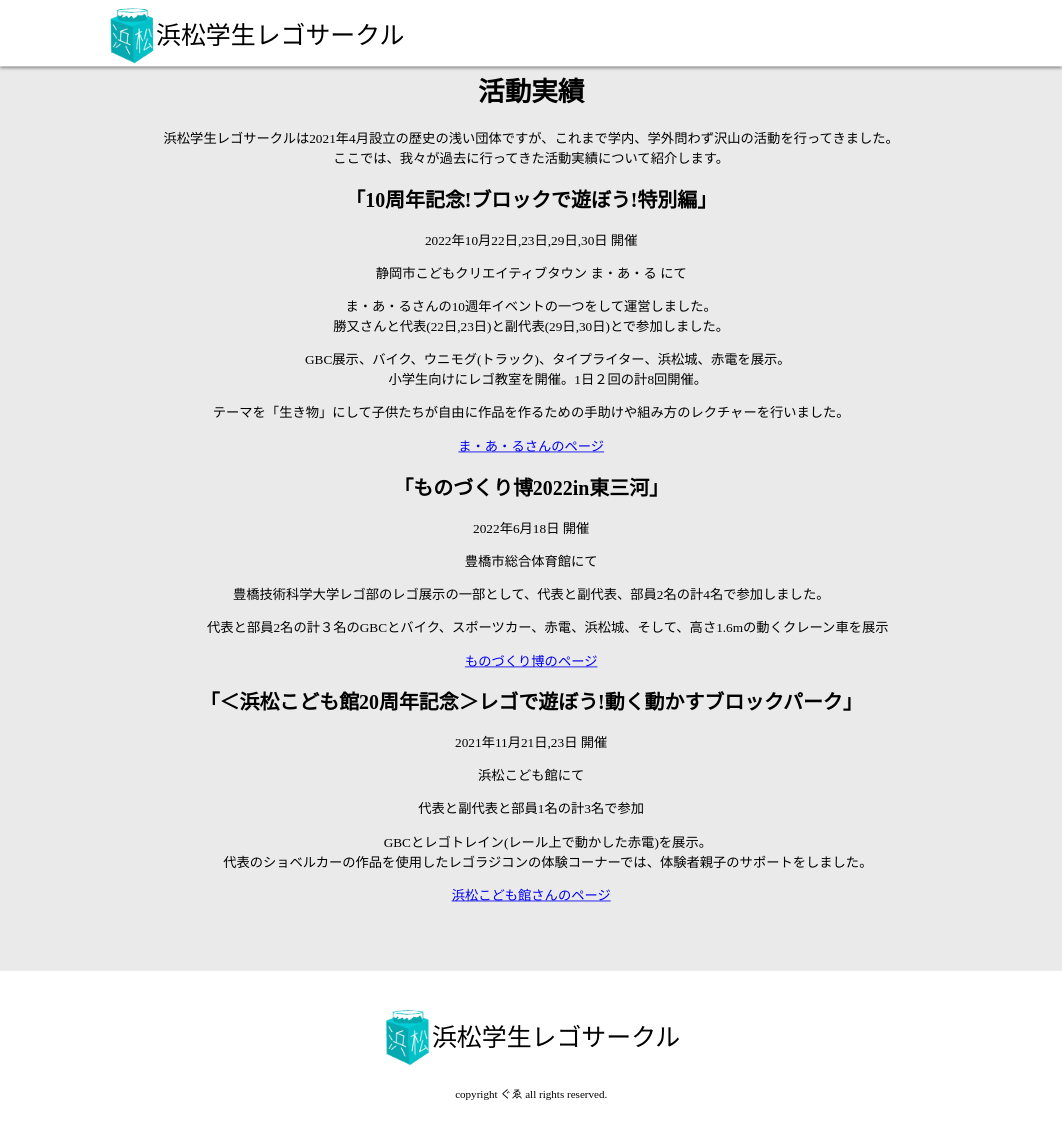
Repository: ghevp/LEGO-club
Page: http://localhost/?page=achievement
The author's editor kept a copy of each file at every save. The page is drawn from the files as they stood at one save, then again after the next save.
The browser window is 1280 px wide. The pictures show the whole page, at 83% of full size.
Some web fonts or font styles are not loaded; a fallback is used. The page is run by PHP 8.4 with error messages shown; the project is at /var/www/html/.

Above is the page before, as saved 2022-11-11 17:39:14.

### index.php
<!DOCTYPE html>
<html lang="ja">
<?php
    if(isset($_GET['page'])){
     $page=$_GET['page'];
    };
     if(isset($page)){


     }else{
                   $page="home";
     };
     $title = array('home' => "ホーム",
     'about_us' => "弊サークルについて",

     'enword'=>"英語",
    'policy' => "ポリシー",
    'achievement' => "活動実績"
    );

     $c=0;
     $x=0;
     $y=0;
     $t=0;
?>
<head>
    <script async src="https://pagead2.googlesyndication.com/pagead/js/adsbygoogle.js?client=ca-pub-6911517647778874"
     crossorigin="anonymous"></script>
        <meta charset="UTF-8">
       <!-- Global site tag (gtag.js) - Google Analytics -->

</script>
        <meta name="author" content="ぐゑ">
        <meta name="twitter:card" content="summary_large_image">
        <meta name="twitter:site" content="@ghevp">
        <meta property="og:url" content="https://shizudailego.com">
        <meta property="og:title" content="浜松学生レゴサークル">
        <meta name="og:description" content="浜松を中心に活動している学生主体のレゴサークルです！！">
        <link rel="preconnect" href="https://fonts.googleapis.com">
        <link rel="preconnect" href="https://fonts.gstatic.com" crossorigin>
        <link href="https://fonts.googleapis.com/css2?family=Noto+Serif+JP:wght@500&family=Shippori+Mincho+B1:wght@800&family=Yuji+Syuku&display=swap" rel="stylesheet">
        <link rel="icon" href="img/logo.png" type="image/x-icon">
        <meta name="viewport" content="width=device-width,initial-scale=1.0,minimum-scale=1.0">
        <link rel="preconnect" href="https://fonts.googleapis.com">
        <link rel="preconnect" href="https://fonts.gstatic.com" crossorigin>
        <link href="https://fonts.googleapis.com/css2?family=M+PLUS+Rounded+1c&display=swap" rel="stylesheet">
        <meta name="viewport" content="width=device-width,initial-scale=1.0,minimum-scale=1.0">
        <link rel="preconnect" href="https://fonts.googleapis.com">
<link rel="preconnect" href="https://fonts.gstatic.com" crossorigin>
<link href="https://fonts.googleapis.com/css2?family=Kosugi&display=swap" rel="stylesheet">
        <link rel="stylesheet" href="css/style.css"><!--後でphpのif文の作成-->
        <title>
        <?php
      if (isset($title) == "") {
        echo "浜松学生レゴサークル";
    } else {
        echo "" . $title[$page] . " - 浜松学生レゴサークル";
    }
   ?>
        </title>

    <body style="margin: 0;">
        <?php


            include('page/'.$page.".php");




    ?>
     <header class="header">
        <div class="header_inner">
        <img src="img/logo.png">
            <a href="?page=home">浜松学生レゴサークル</a>
        </div>
     </header>
     <footer class="footer">
        <div class="footer_inner">
        <img src="img/logo.png">
        <a href="?page=home">浜松学生レゴサークル</a>
        </div>
        <div class="copyright">
    <p><small>copyright <a href="https://ghevp.com">ぐゑ</a> all rights reserved.</small></p>
        </div>
    </footer>
    </body>

### page/achievement.php
<main class="main">
    <div class="achievement">
    <h1>活動実績</h1>
    <p>浜松学生レゴサークルは2021年4月設立の歴史の浅い団体ですが、これまで学内、学外問わず沢山の活動を行ってきました。<br>
    ここでは、我々が過去に行ってきた活動実績について紹介します。</p>
    <div class="one_of_achievement">
    <h2>「10周年記念!ブロックで遊ぼう!特別編」</h2>
    <p class="date">2022年10月22日,23日,29日,30日 開催</p>
    <p>静岡市こどもクリエイティブタウン ま・あ・る にて</p>
    <p>ま・あ・るさんの10週年イベントの一つをして運営しました。<br>
    勝又さんと代表(22日,23日)と副代表(29日,30日)とで参加しました。<br>
    <ul>
    <li>GBC展示、バイク、ウニモグ(トラック)、タイプライター、浜松城、赤電を展示。</li>
    <li>小学生向けにレゴ教室を開催。1日２回の計8回開催。</li>
    </ul>
    テーマを「生き物」にして子供たちが自由に作品を作るための手助けや組み方のレクチャーを行いました。
    </p>
    <a href="https://maaru-ct.jp/report/155443/?s=06">ま・あ・るさんのページ</a>
    </div>
    <div class="one_of_achievement">
    <h2>「ものづくり博2022in東三河」</h2>
    <p class="date">2022年6月18日 開催</p>
    <p>豊橋市総合体育館にて</p>
    <p>豊橋技術科学大学レゴ部のレゴ展示の一部として、代表と副代表、部員2名の計4名で参加しました。<br>
    <ul>
    <li>代表と部員2名の計３名のGBCとバイク、スポーツカー、赤電、浜松城、そして、高さ1.6mの動くクレーン車を展示</li>

    </ul>

    <a href="https://www.honokuni.or.jp/toyohashi/event-info/?Mode=detail&code=554">ものづくり博のページ</a>
    </p>

    </div>
    <div class="one_of_achievement">
    <h2>「＜浜松こども館20周年記念＞レゴで遊ぼう!動く動かすブロックパーク」</h2>
    <p class="date">2021年11月21日,23日 開催</p>
    <p>浜松こども館にて</p>
    <p>代表と副代表と部員1名の計3名で参加<br>
    <ul>
    <li>GBCとレゴトレイン(レール上で動かした赤電)を展示。</li>
    <li>代表のショベルカーの作品を使用したレゴラジコンの体験コーナーでは、体験者親子のサポートをしました。</li>
    </ul>

    <a href="https://kodomokan.entetsuassist-dms.com/event/detail/855?s=06">浜松こども館さんのページ</a>
    </p>

    </div>
    </div>
</main>

### css/style.css
.container {
    padding: 0 2rem;
  }
  .header{
    position: fixed;
    top:0;
    left: 0;
    right: 0;
    height: 80px;
    background-color: white;
    z-index: 10;
    box-shadow: 0 2px 4px gray;
  }
  .policy{
    position: absolute;
    flex:3;
  }

  .policy h1{
    font-family: 'Yuji Syuku', serif;
    font-size: 100px;
    color: rgb(255, 255, 255);
    text-shadow: 1px 1px 10px black;
    padding-bottom: 200px;
  }
  @media (min-width: 1500px) {
  .policy h1 {
      font-size: 150px;
    }
  }
  @media (max-width: 900px) {
    .policy h1 {
        font-size: 50px;
      }
    }
 .achievement p{
  text-align: center;
 }
 .achievement{
  text-align: center;
 }
 .achievement h1{
  text-align: center;
 }
 .achievement li{
  list-style: none;
 }
  .header_inner{
    padding-left: 10%;
    padding-right: 10%;
    height: 100%;
    position: relative;
    display: flex;

    align-items: center;

  }
@media (max-width:700px) {
  .header_inner{

  }
}
  .header img{
    width:60px;
  }

  .header_inner a{
    text-decoration: none;
    color:inherit;
    font-size: 30px;
    font-family: 'Shippori Mincho B1', serif;
  }

  .main h2{
    text-align: center;
  }

  .header_logo img{
    width: 80px;
    display: block;
  }
  .header_site_menu{

    position: absolute;
    top: 100%;
    right: 0;
    left: 80%;
    color: whitesmoke;
    padding-top: 50px;
    background-color: #0070f3;
    padding-bottom: 100%;
    display: none;

  }
  .site_menu{
    align-items: center;

  }
  .site_menu ul{
    list-style: none;
    font-size: 20px;


  }
  .site_menu li{
    margin-top: 20px;
  }
  .site_menu a{

    color:inherit;
    text-decoration: none;
  }
  .button{
    display: block;
    width: 64px;
    height: 54px;
    background-image: url(https://github.com/ghevp/my-portfolio/blob/main/img/hbm.png?raw=true);
    background-size: 90%;
    background-position: center;
    background-repeat: no-repeat;
    background-color: transparent;
    border-radius:0;
    outline: none;
    border: none;
  }
  .header_site_menu.is-show{
    display: block;
  }
  .tell{
    position:inherit;
    width: 70%;
    max-width: 1000px;
  }
  .tell_include{
    display: flex;
    justify-content: space-between;

    align-items: center;

  }
  .tell_include img{
    width: 100%;
    display: block;
    border-radius: 20px;
    border:5px solid black;

  }

  .tell_include a{
    margin-left: 5%;
    margin-right: 5%;
  }
  .introduce{

  display: block;
   align-items: center;

  }
  .introduce p{
    text-align: center;
  }
  .intro1{

    text-align: center;

  }
  .introduce ul{
    list-style: none;
    display: flex;
    justify-content: space-between;

  }
  .chose{

  }
  .rinks ul{
    list-style: none;
    display: flex;
    justify-content: space-between;

  }
  .rinks a{
    text-align: center;
    font-size: 20px;
    width: 180px;
    height: 40px;
    color: #fafafa;
    border-radius: 15px;
    background-color:black
  }
  .introduce ul li{
    width: 30%;
    margin-left: 6%;
    margin-right: 6%;

  }
  .introduce_before{
    position:static;
    width: 65%;


  }
  .shizudai {
    font-size: 24px;

  }
  .introduce_before h1{
    text-align: center;
  }
  .details{
    text-align: center;

  }
  .details p{
    font-size: 18px;
  }
  .pin-main{
    flex: 2;
    position: relative;
  }
  .pic-main img{
    width: 100%;

  }
  .body{
    display: block;
    margin: 0;
  }
  .slider {
    width: 100%;

  　　overflow: hidden;
  　　margin: 0 auto;
   flex:2;

  }
  .slider-item {
    width: 100%;
    float: left;
  }
  img{
    width:100%;
  }
  .slider-inner {
    width: 300%;
    animation: slider 15s infinite ease;
    display: flex;
  }

  @keyframes slider {
    0% {
    transform: translateX(0);
    }
    15% {
    transform: translateX(-33.3%);
    }
    33% {
      transform: translateX(-33.3%);
      }
    48% {
    transform: translateX(-66.6%);
    }
    66% {
      transform: translateX(-66.6%);
      }
    81% {
      transform: translateX(0);
      }
    100% {
    transform: translateX(0);
    }
  }
  .main {
    min-height: 70vh;
    padding: 4rem 0;
    flex: 1;
    display: flex;
    flex-direction: column;
    justify-content: center;
    align-items: center;
    background-color: #eaeaea;
  }
  .chose li{
    list-style: none;
    display: inline-block;
  }
  .footer {
    display: flex;
    flex-direction: column;
    padding: 2rem 0;
    border-top: 1px solid #eaeaea;
    justify-content: center;
    align-items: center;
    flex-grow: 1;
  }
  .footer img{
    width:60px;
  }
  .footer_inner{
    display:flex;
    align-items: center;
  }
  .footer_inner a{
    font-size: 30px;
    text-decoration: none;
    color: black;
    font-family: 'Shippori Mincho B1', serif;
  }
  .footer a{
    text-decoration: none;
    color: black;
  }


  .title a {
    color: #0070f3;
    text-decoration: none;
  }

  .title a:hover,
  .title a:focus,
  .title a:active {
    text-decoration: underline;
  }

  .title {
    margin: 0;
    margin-top: 80px;
    line-height: 1.15;
    font-size: 4rem;
  }

  .title,
  .description {
    text-align: center;
  }

  .description {
    margin: 4rem 0;
    line-height: 1.5;
    font-size: 1.5rem;
  }

  .code {
    background: #fafafa;
    border-radius: 5px;
    padding: 0.75rem;
    font-size: 1.1rem;
    font-family: Menlo, Monaco, Lucida Console, Liberation Mono, DejaVu Sans Mono,
      Bitstream Vera Sans Mono, Courier New, monospace;
  }

  .grid {
    display: flex;
    align-items: center;
    justify-content: center;
    flex-wrap: wrap;
    max-width: 800px;
  }

  .card {
    margin: 1rem;
    padding: 1.5rem;
    text-align: left;
    color: inherit;
    text-decoration: none;
    border: 1px solid #eaeaea;
    border-radius: 10px;
    transition: color 0.15s ease, border-color 0.15s ease;
    max-width: 300px;
  }

  .card:hover,
  .card:focus,
  .card:active {
    color: #0070f3;
    border-color: #0070f3;
  }

  .card h2 {
    margin: 0 0 1rem 0;
    font-size: 1.5rem;
  }

  .card p {
    margin: 0;
    font-size: 1.25rem;
    line-height: 1.5;
  }

  .logo {
    height: 1em;
    margin-left: 0.5rem;
  }

  @media (max-width: 600px) {
    .grid {
      width: 100%;
      flex-direction: column;
    }
  }

After the next save:
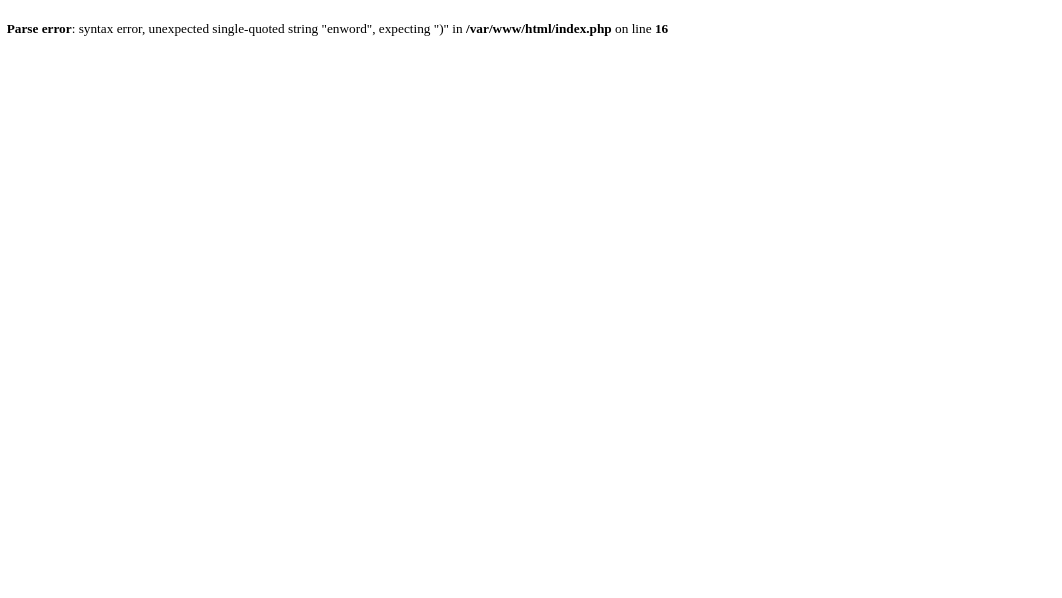
Saved 4 s later.
--- a/index.php
+++ b/index.php
@@ -12,7 +12,7 @@
      };
      $title = array('home' => "ホーム",
      'about_us' => "弊サークルについて",
-
+     'event'
      'enword'=>"英語",
     'policy' => "ポリシー",
     'achievement' => "活動実績"

After the 4 saves that followed:
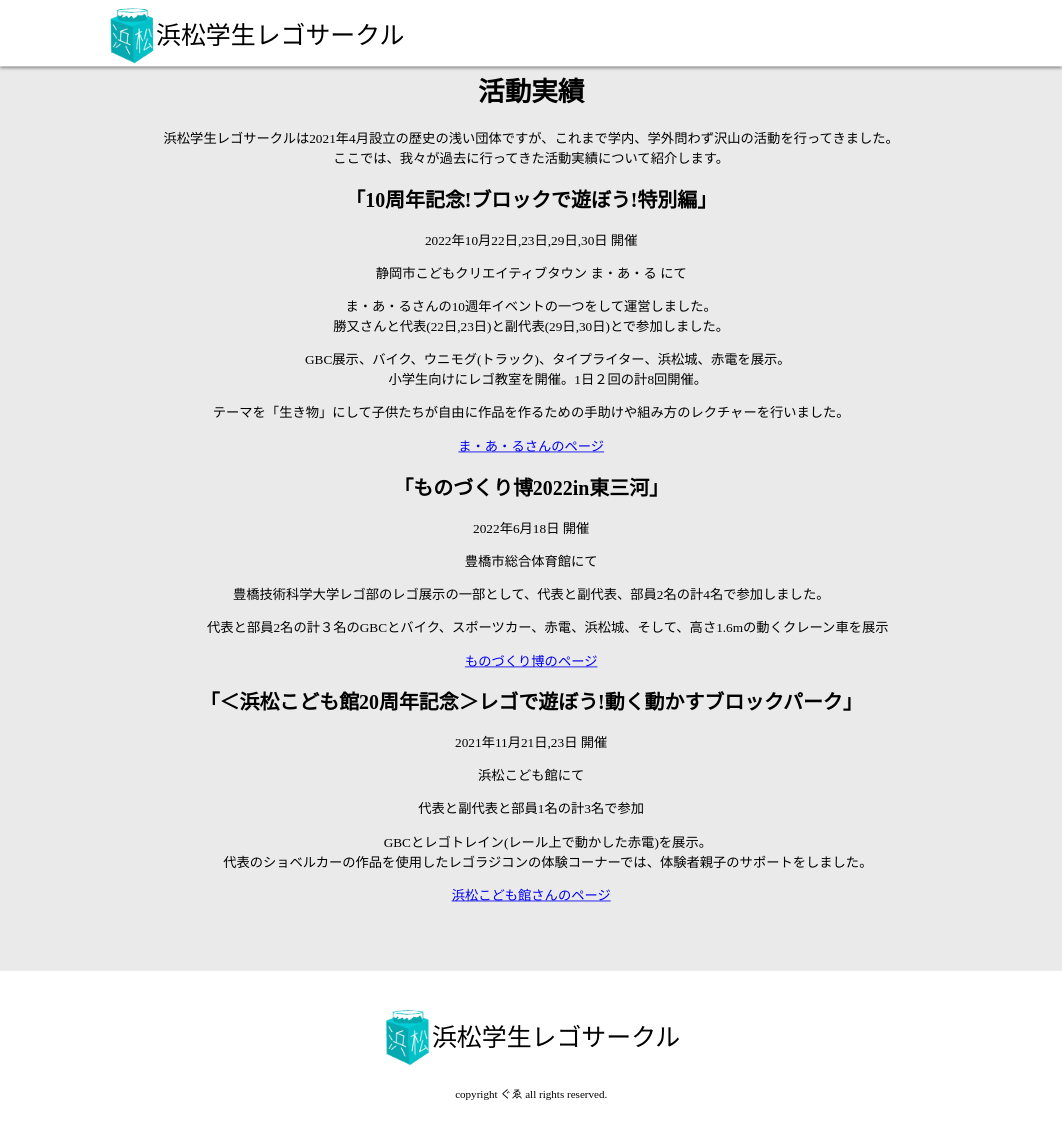
The 4 saves are shown as one change because 1 left the picture as it was and some came seconds apart.
The last was saved 12 s later.
--- a/index.php
+++ b/index.php
@@ -12,7 +12,7 @@
      };
      $title = array('home' => "ホーム",
      'about_us' => "弊サークルについて",
-     'event'
+     'event' => "イベント",
      'enword'=>"英語",
     'policy' => "ポリシー",
     'achievement' => "活動実績"
